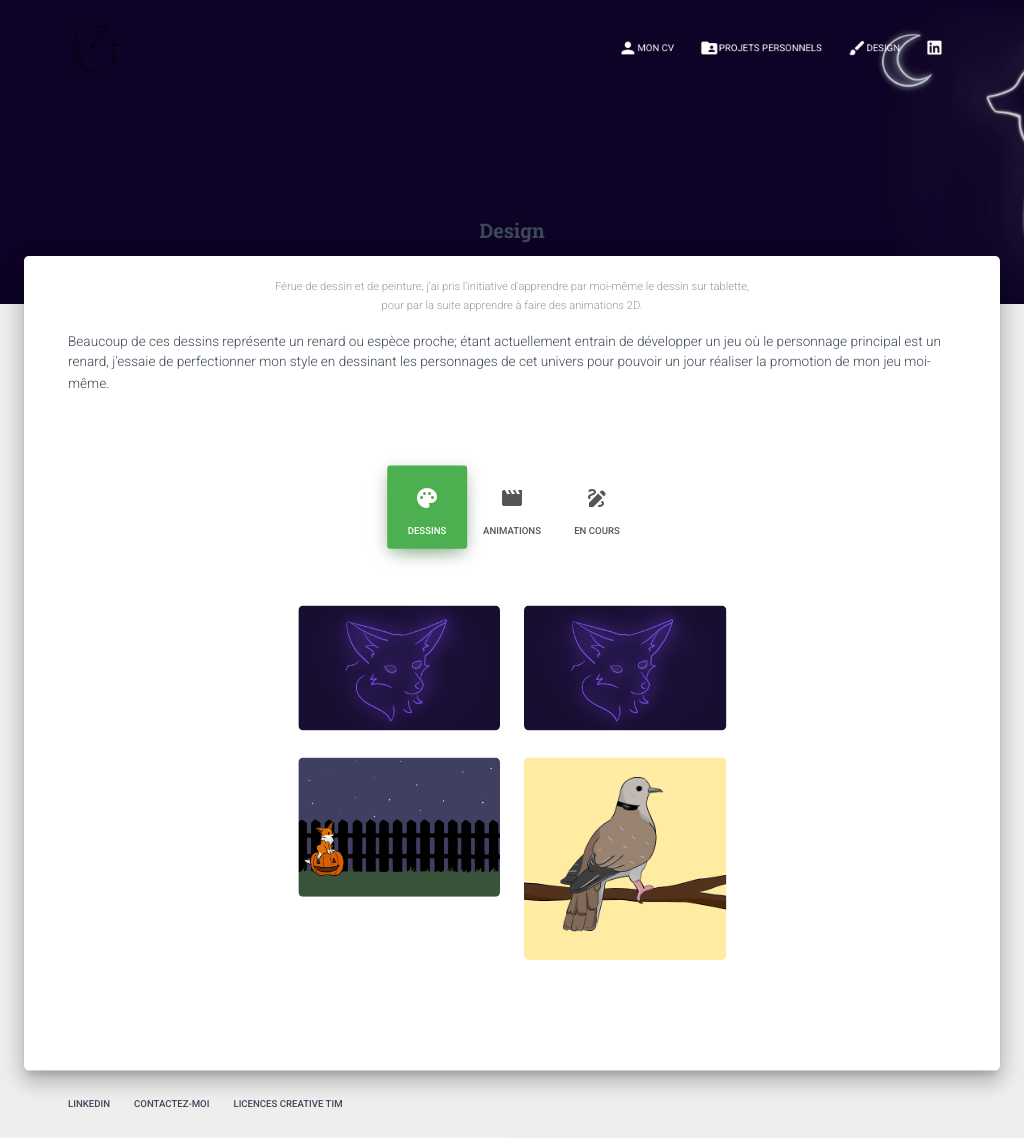
Repository: sdeschaepmeester/NewPortfolio
Page: /#/design
The author's editor kept a copy of each file at every save. The page is drawn from the files as they stood at one save, then again after the next save.
The browser window is 1280 px wide. The pictures show the whole page, at 80% of full size.
Some web libraries are served in a nearby version. The project was rebuilt for these pictures with package versions that can differ from the ones it lists, and the page was loaded fresh each time. Also part of the build but not shown: vue.config.js, src/views/components/APropos.vue, src/views/components/NavigationSection.vue, src/views/components/SmallNavigationSection.vue, src/components/Dropdown.vue, src/components/Pagination.vue, src/components/Slider.vue, src/components/Badge.vue and 13 more.

Above is the page before, as saved 2022-07-08 13:49:48.

After the next save:
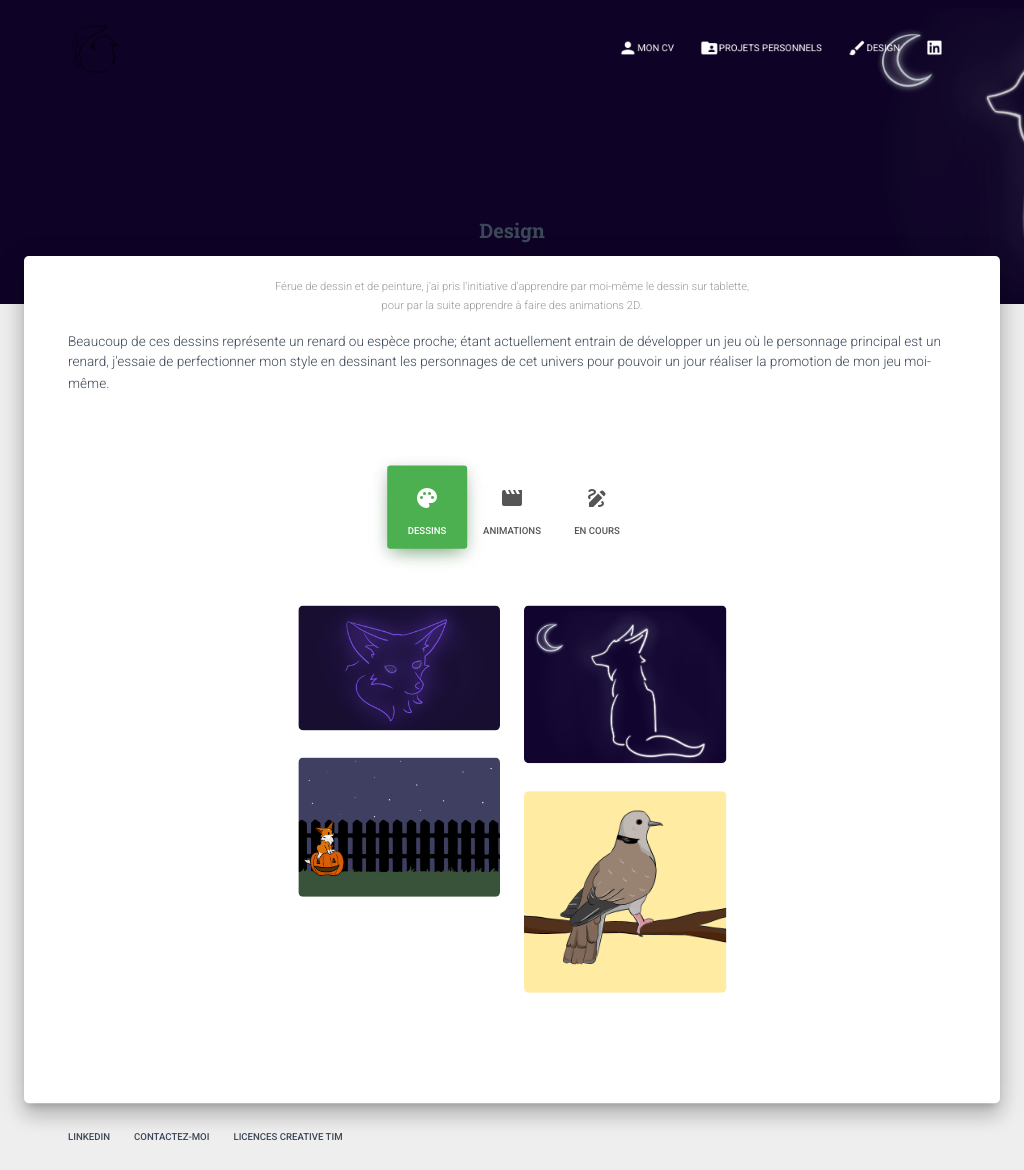
Saved 18 s later.
--- a/src/views/Design.vue
+++ b/src/views/Design.vue
@@ -94,7 +94,7 @@ export default {
         { image: require("@/assets/img/drawing/neon-fox.png") },
         { image: require("@/assets/img/drawing/fox-pumpkin.png") },
         { image: require("@/assets/img/drawing/andrew.png") },
-        { image: require("@/assets/img/drawing/neon-fox.png") },
+        { image: require("@/assets/img/drawing/foxmoon.png") },
         { image: require("@/assets/img/drawing/github.png") },
         { image: require("@/assets/img/drawing/black-fox.png") },
         { image: require("@/assets/img/drawing/fox-silhouette1.png") },
